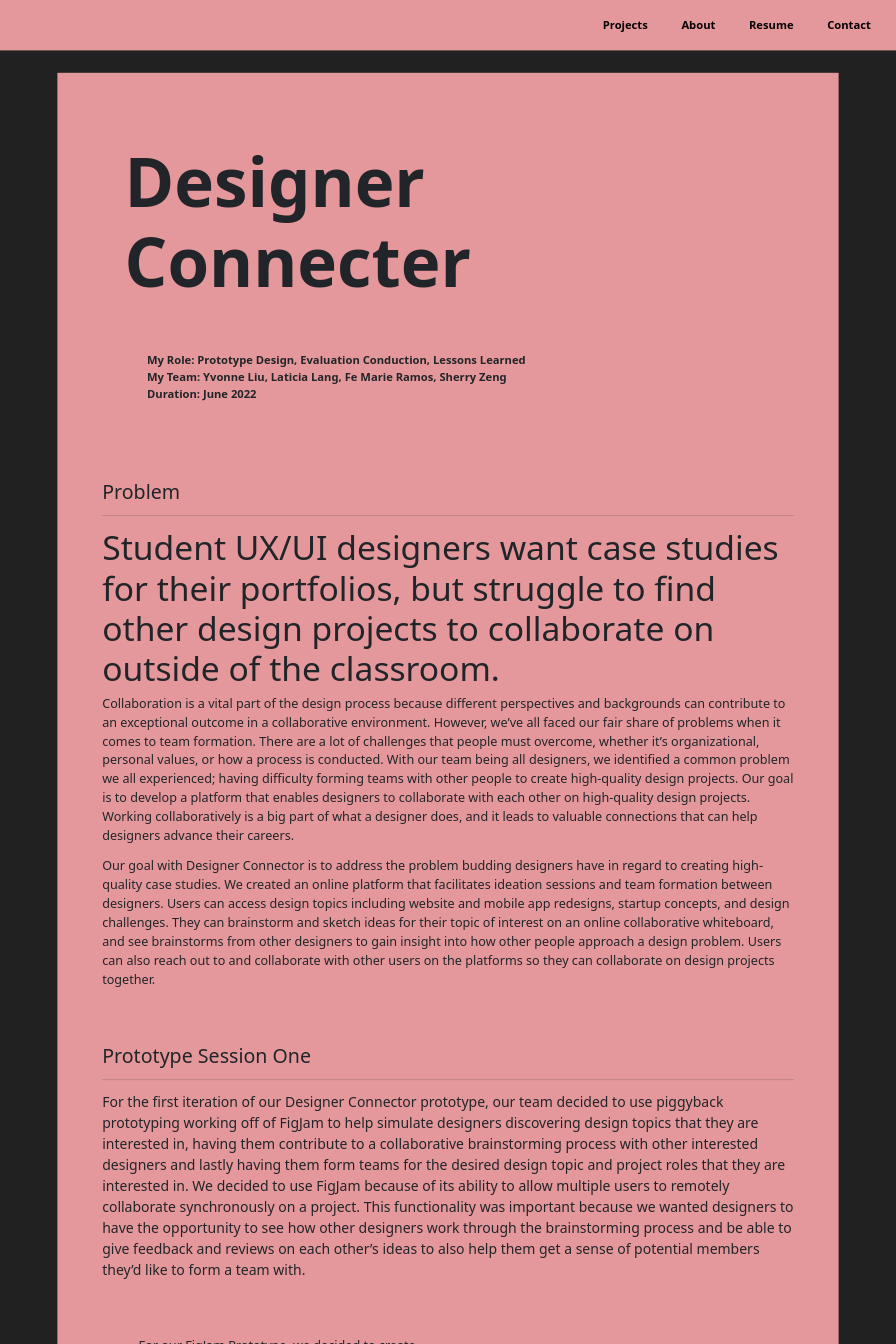
Repository: thais-chen/Portfolio
Page: designer.html
An editor plug-in stored every save of this project. The page is shown before and after the next save, followed by the edit.
The browser window is 1280 px wide. The pictures show the part of the page from y = 0 to 1920 px (the page is 11273 px tall), at 70% of full size.
A picture or video elsewhere on the page could not be fetched, so the positions and the page height are approximate.

Above is the page before, as saved 2022-06-21 03:16:11.

After the next save:
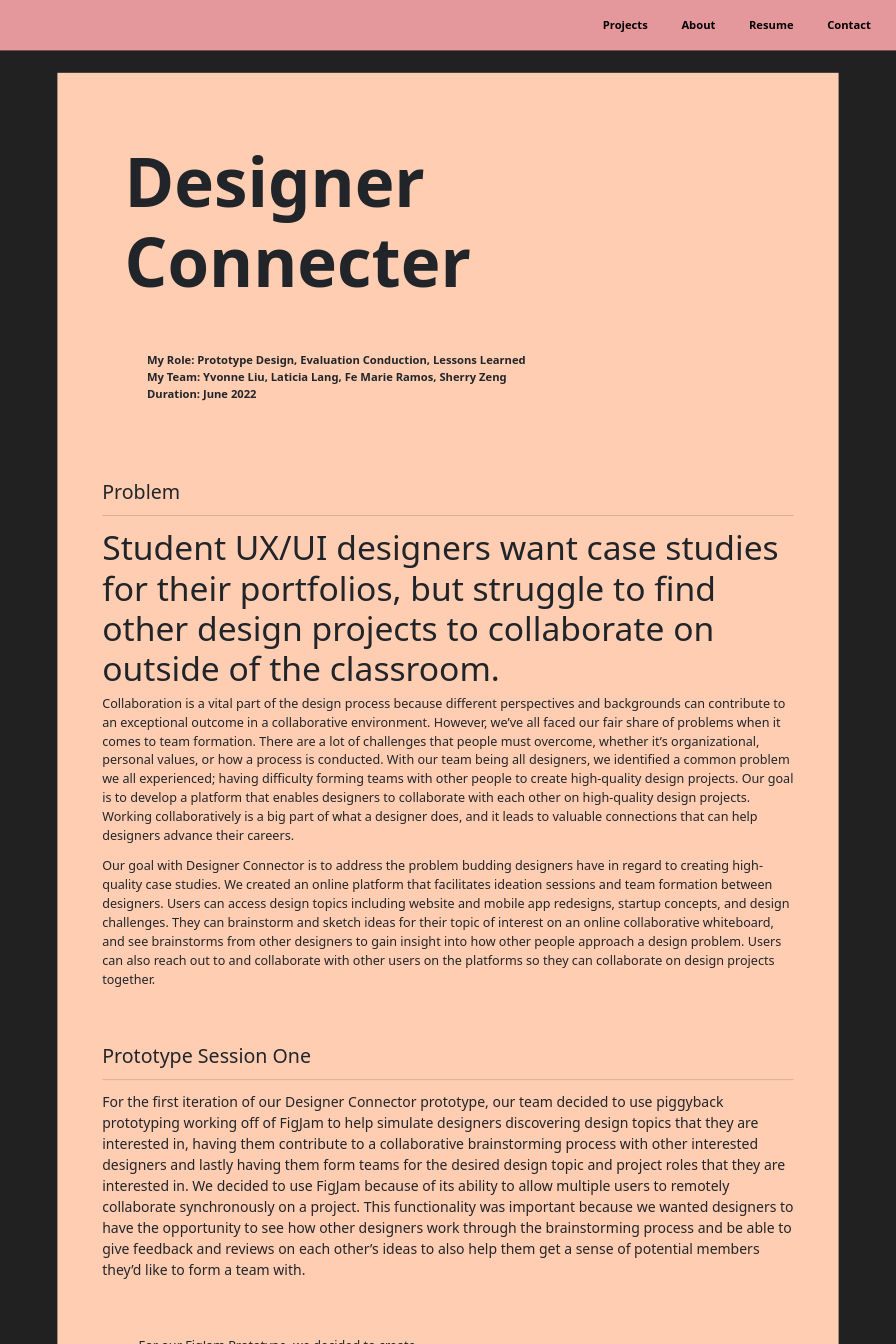
Saved 8 s later.
--- a/designer.css
+++ b/designer.css
@@ -28,7 +28,7 @@ p{
    font-size: large;
 }
 .process{
-    background-color:  #e5989b;
+    background-color:  #ffcdb2;
 }
 
 .container{
